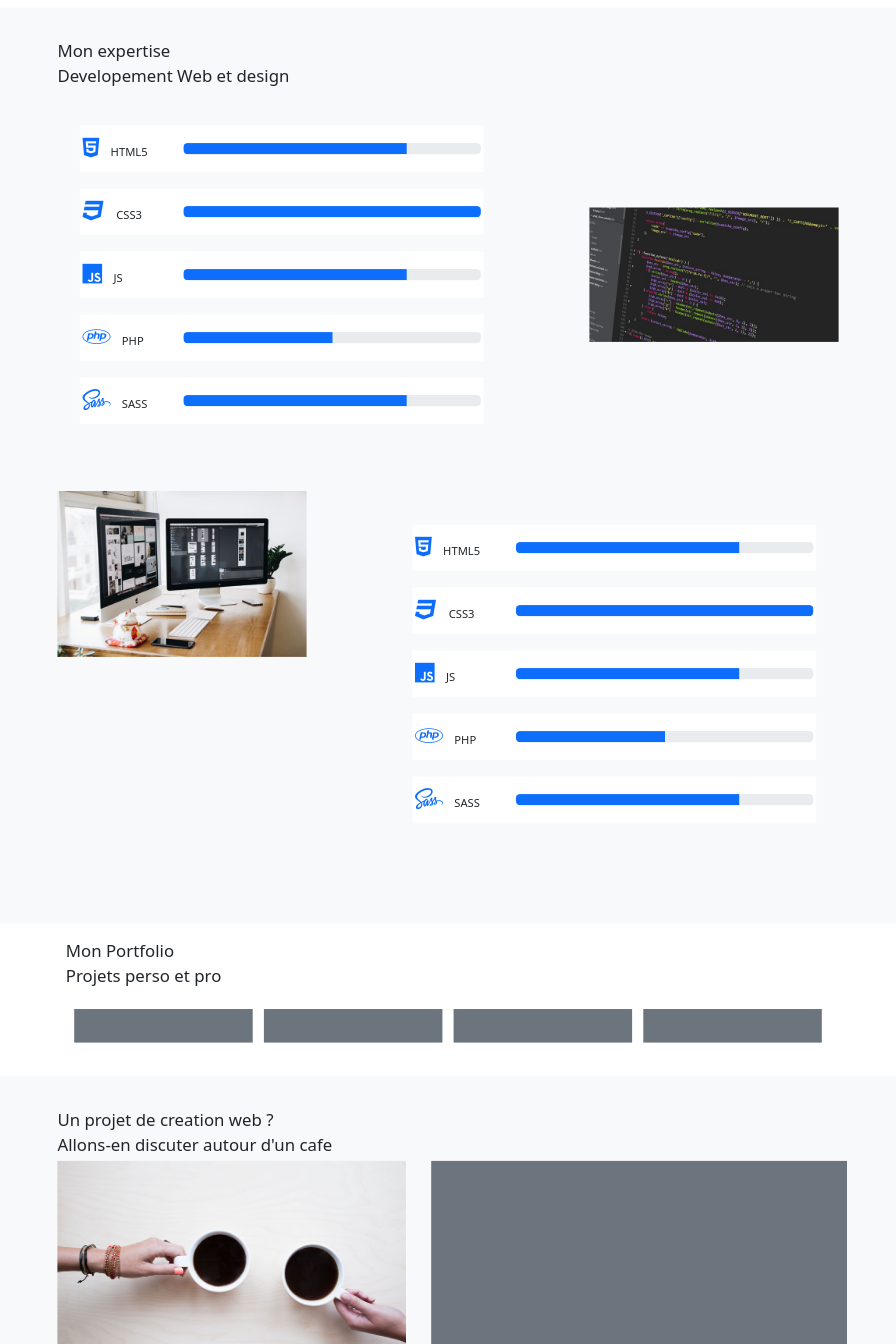
Repository: wadelfadill/Bootstrap_tache_1_portfolio
Page: index.html
These files come from the project's save history. The page is drawn as it stood at one moment and after the next save; the edit follows.
The browser window is 1280 px wide. The pictures show the part of the page from y = 769 to 2689 px (the page is 2916 px tall), at 70% of full size.
Some web libraries are served in a nearby version.

Above is the page before, as saved 2023-03-28 21:56:47.

After the next save:
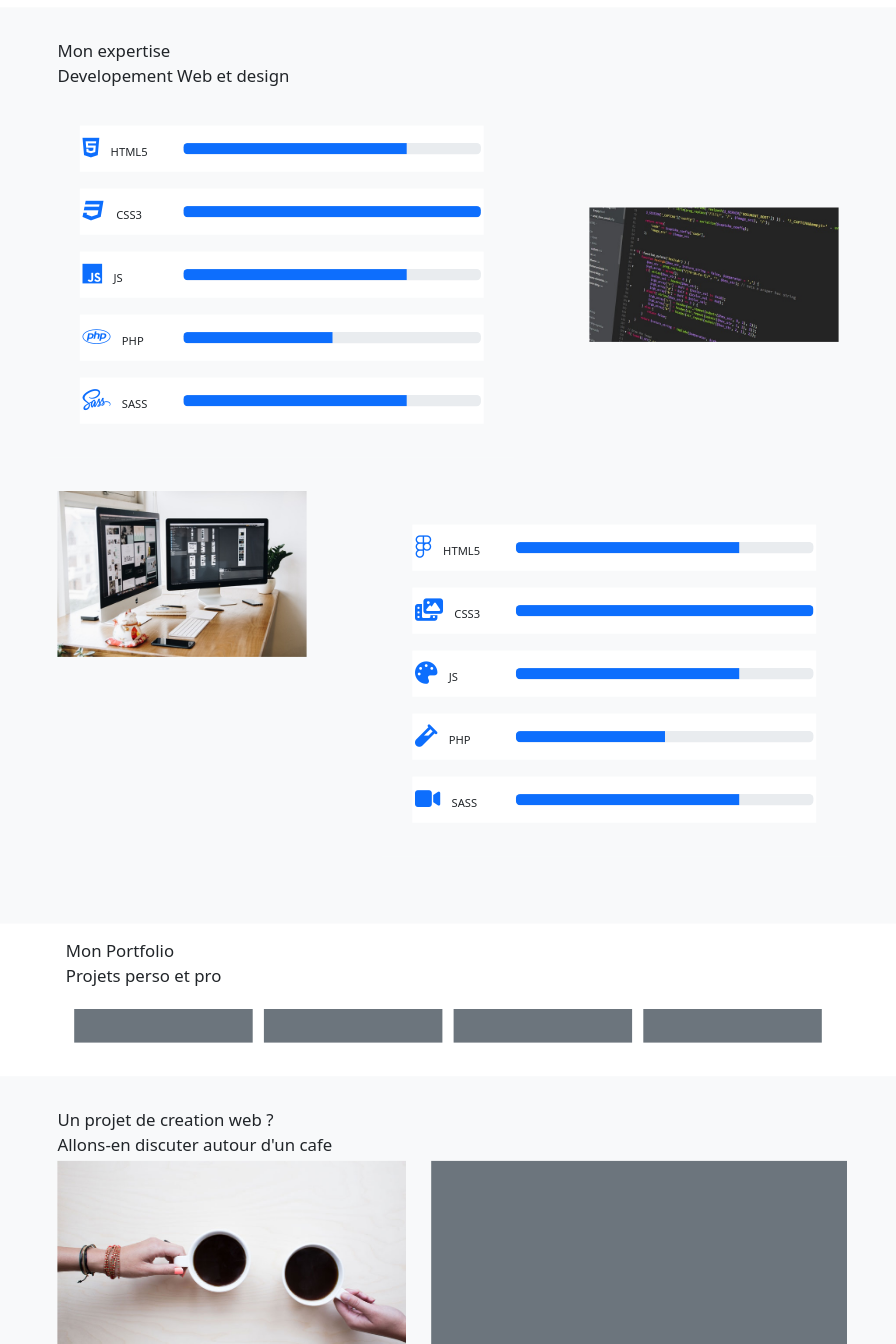
Saved 4 min 4 s later.
--- a/index.html
+++ b/index.html
@@ -127,17 +127,17 @@
 
                         <div class="row bg-body py-3 align-items-center gx-2">
                             <div class="col-3">
-                                <i class="fab fa-html5 fa-2x me-3 text-primary" aria-hidden="true"></i><span class="pb-5">HTML5</span>
-                            </div>
-                            <div class="col-9">
-                                <div class="progress">
-                                    <div class="progress-bar" role="progressbar" style="width: 75%" aria-valuenow="75" aria-valuemin="0" aria-valuemax="100"></div>
-                                </div>
-                            </div>
-                        </div>
-                        <div class="row bg-body py-3 align-items-center gx-2 mt-4">
-                            <div class="col-3">
-                                <i class="fab fa-css3 fa-2x me-3 text-primary" aria-hidden="true"></i><span class="pb-5">CSS3</span>
+                                <i class="fab fa-figma fa-2x me-3 text-primary" aria-hidden="true"></i><span class="pb-5">HTML5</span>
+                            </div>
+                            <div class="col-9">
+                                <div class="progress">
+                                    <div class="progress-bar" role="progressbar" style="width: 75%" aria-valuenow="75" aria-valuemin="0" aria-valuemax="100"></div>
+                                </div>
+                            </div>
+                        </div>
+                        <div class="row bg-body py-3 align-items-center gx-2 mt-4">
+                            <div class="col-3">
+                                <i class="fas fa-photo-video fa-2x me-3 text-primary" aria-hidden="true"></i><span class="pb-5">CSS3</span>
                             </div>
                             <div class="col-9">
                                 <div class="progress">
@@ -147,7 +147,7 @@
                         </div>
                         <div class="row bg-body py-3 align-items-center gx-2 mt-4">
                             <div class="col-3">
-                                <i class="fab fa-js fa-2x me-3 text-primary" aria-hidden="true"></i><span class="pb-5">JS</span>
+                                <i class="fas fa-palette fa-2x me-3 text-primary" aria-hidden="true"></i><span class="pb-5">JS</span>
                             </div>
                             <div class="col-9">
                                 <div class="progress">
@@ -157,7 +157,7 @@
                         </div>
                         <div class="row bg-body py-3 align-items-center gx-2 my-4">
                             <div class="col-3">
-                                <i class="fab fa-php fa-2x me-3 text-primary" aria-hidden="true"></i><span class="pb-5">PHP</span>
+                                <i class="fas fa-vial fa-2x me-3 text-primary" aria-hidden="true"></i><span class="pb-5">PHP</span>
                             </div>
                             <div class="col-9">
                                 <div class="progress">
@@ -167,7 +167,7 @@
                         </div>
                         <div class="row bg-body py-3 align-items-center gx-2">
                             <div class="col-3">
-                                <i class="fab fa-sass fa-2x me-3 text-primary" aria-hidden="true"></i><span class="pb-5">SASS</span>
+                                <i class="fas fa-video fa-2x me-3 text-primary" aria-hidden="true"></i><span class="pb-5">SASS</span>
                             </div>
                             <div class="col-9">
                                 <div class="progress">
